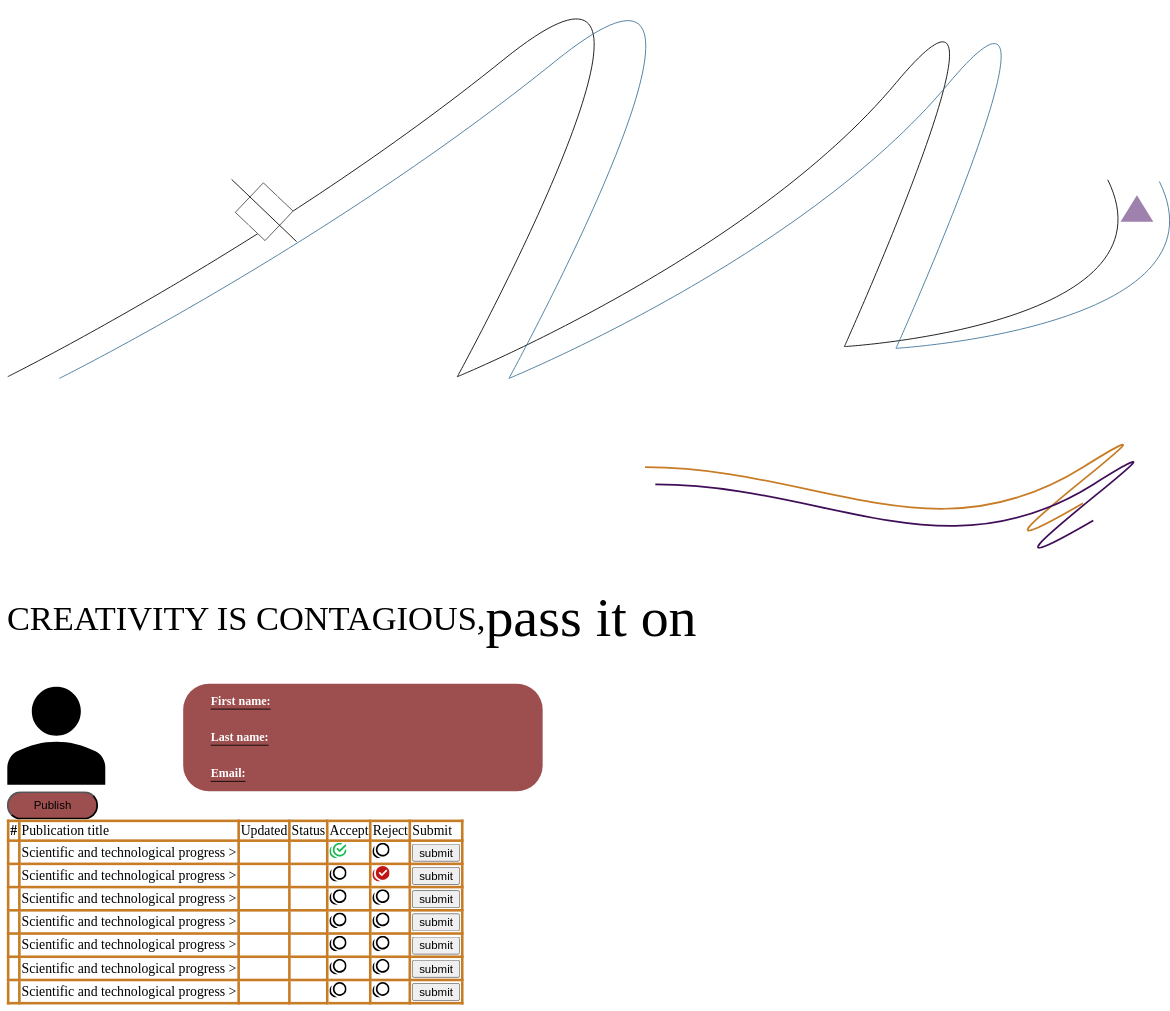
Repository: ceo-of-albeni/articles
Page: /
These files come from the project's save history. The page is drawn as it stood at one moment and after a run of saves; the edit follows.
The browser window is 1280 px wide. The page is 1361 px wide, so the pictures cover 1361 px, including what lies to the right of the window. The pictures show the whole page, at 86% of full size.
The project was rebuilt for these pictures with package versions that can differ from the ones it lists, and the page was loaded fresh each time.

Above is the page before, as saved 2023-05-14 22:44:38.

After the next 2 saves:
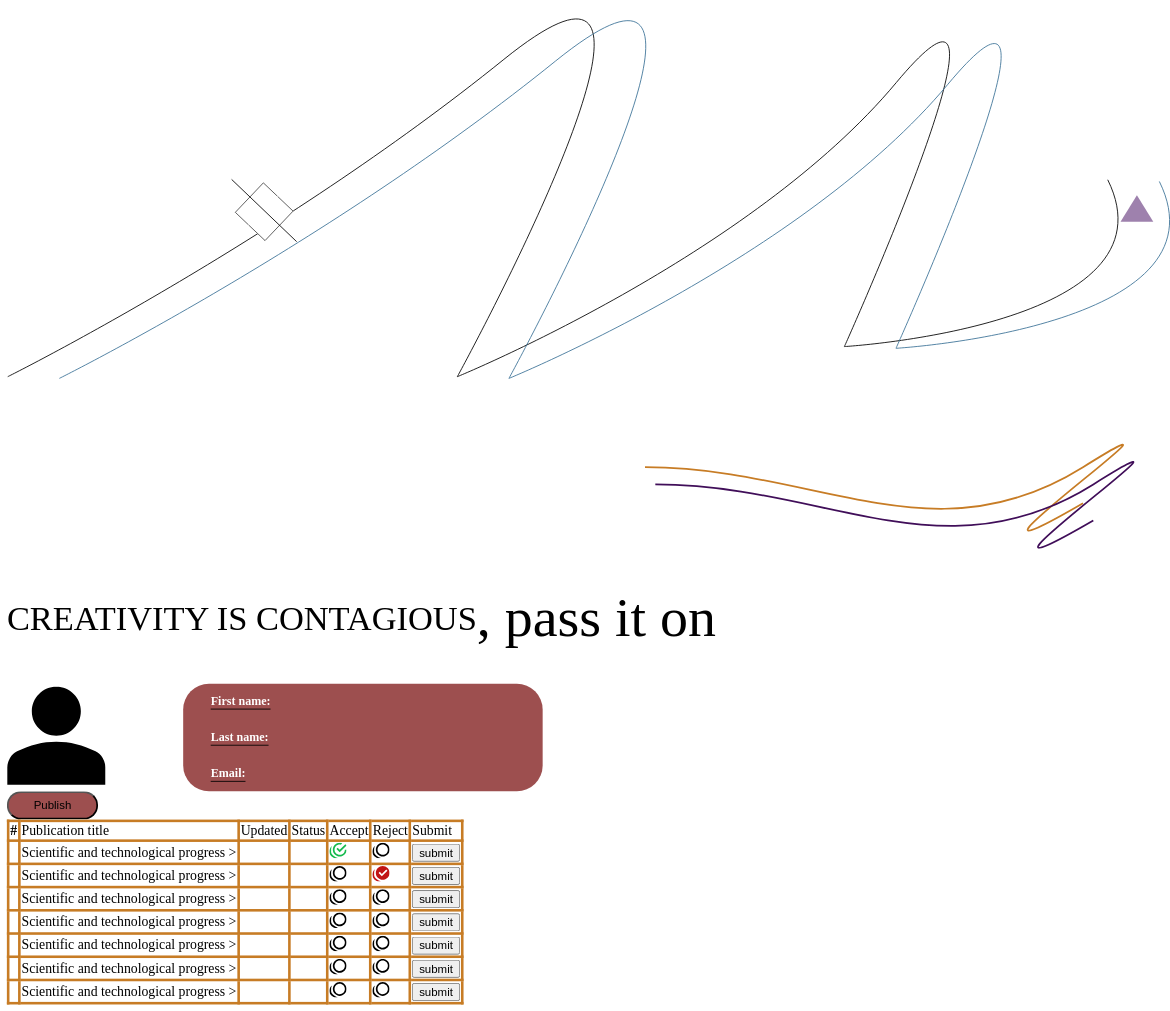
The 2 saves are shown as one change because they came seconds apart.
The last was saved 12 s later.
--- a/src/reviewer's profil/reveiwer.jsx
+++ b/src/reviewer's profil/reveiwer.jsx
@@ -18,8 +18,8 @@ export default function Reviewer() {
                     </svg>
                 </div>
                 <div className="reviewer_thema">
-                    <p className="upper ">CREATIVITY IS CONTAGIOUS, </p>
-                    <p className="lower"> pass it on</p>
+                    <p className="upper ">CREATIVITY IS CONTAGIOUS</p>
+                    <p className="lower">, pass it on</p>
                 </div>
                 <div className="reviewer_user">
                     <div className="user_logo">
